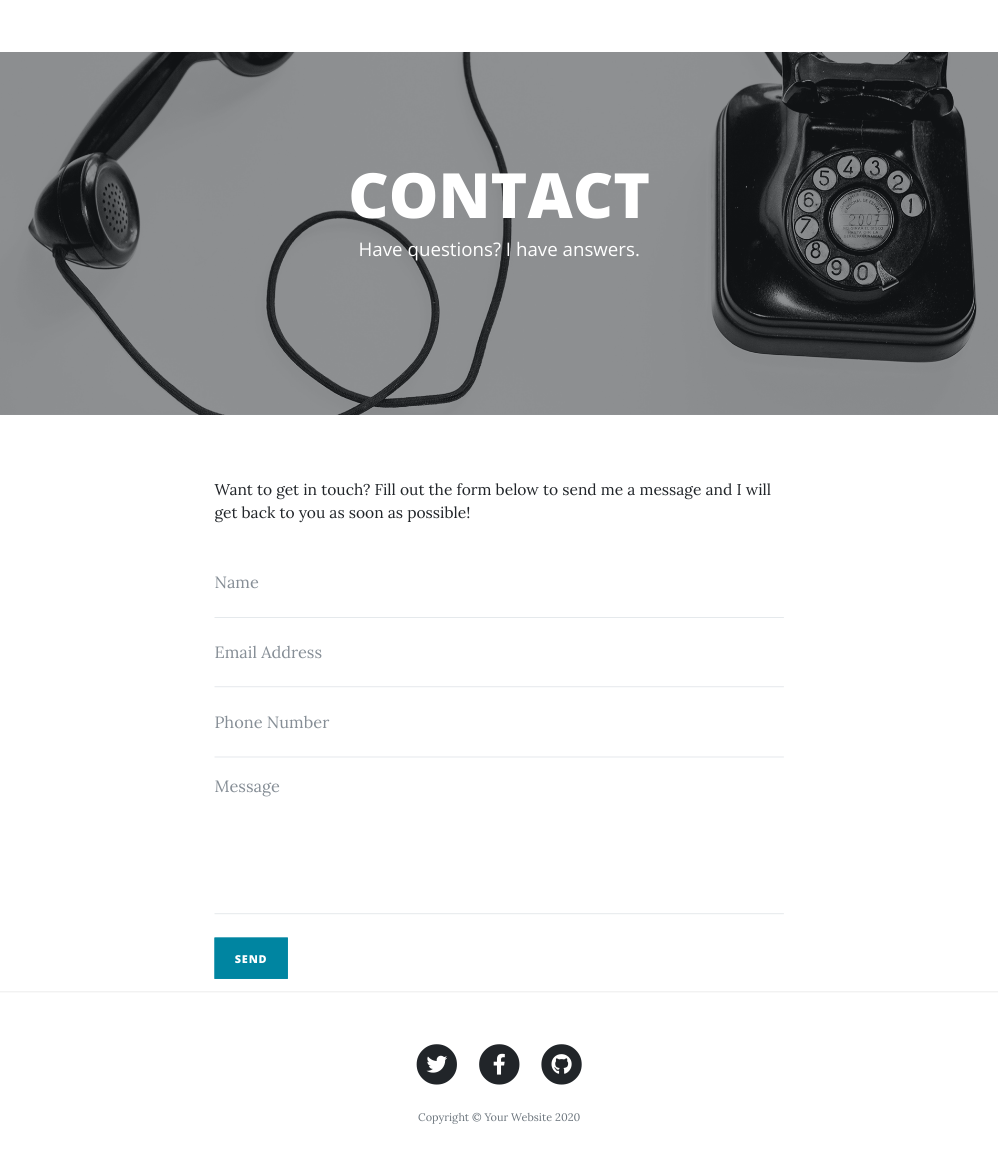
Repository: elvinyeka/elvin-blog
Page: http://localhost/contact
The author's editor kept a copy of each file at every save. The page is drawn from the files as they stood at one save, then again after the next save.
The browser window is 1280 px wide. The pictures show the whole page, at 78% of full size.
The page is served by the project's application, run on Flask 3 (CLEANBLOG/__init__.py). Other server files are loaded and not shown.

Above is the page before, as saved 2020-10-20 23:45:21.

### CLEANBLOG/templates/contact.html
{% extends 'base.html' %} {% block content%}

<!-- Page Header -->
<header class="masthead" style="background-image: url('{{url_for('static', filename = 'img/contact-bg.jpg')}}')">
    <div class="overlay"></div>
    <div class="container">
        <div class="row">
            <div class="col-lg-8 col-md-10 mx-auto">
                <div class="page-heading">
                    <h1>{{title}}</h1>
                    <span class="subheading">Have questions? I have answers.</span>
                </div>
            </div>
        </div>
    </div>
</header>

<!-- Main Content -->
<div class="container">
    <div class="row">
        <div class="col-lg-8 col-md-10 mx-auto">
            <p>Want to get in touch? Fill out the form below to send me a message and I will get back to you as soon as possible!</p>
            <!-- Contact Form - Enter your email address on line 19 of the mail/contact_me.php file to make this form work. -->
            <!-- WARNING: Some web hosts do not allow emails to be sent through forms to common mail hosts like Gmail or Yahoo. It's recommended that you use a private domain email address! -->
            <!-- To use the contact form, your site must be on a live web host with PHP! The form will not work locally! -->
            <form name="sentMessage" id="contactForm" novalidate>
                <div class="control-group">
                    <div class="form-group floating-label-form-group controls">
                        <label>Name</label>
                        {{form.name(placeholder = 'Name', class='form-control')}}
                        <p class="help-block text-danger"></p>
                    </div>
                </div>
                <div class="control-group">
                    <div class="form-group floating-label-form-group controls">
                        <label>Email Address</label>
                        <input type="email" class="form-control" placeholder="Email Address" id="email" required data-validation-required-message="Please enter your email address.">
                        <p class="help-block text-danger"></p>
                    </div>
                </div>
                <div class="control-group">
                    <div class="form-group col-xs-12 floating-label-form-group controls">
                        <label>Phone Number</label>
                        <input type="tel" class="form-control" placeholder="Phone Number" id="phone" required data-validation-required-message="Please enter your phone number.">
                        <p class="help-block text-danger"></p>
                    </div>
                </div>
                <div class="control-group">
                    <div class="form-group floating-label-form-group controls">
                        <label>Message</label>
                        <textarea rows="5" class="form-control" placeholder="Message" id="message" required data-validation-required-message="Please enter a message."></textarea>
                        <p class="help-block text-danger"></p>
                    </div>
                </div>
                <br>
                <div id="success"></div>
                <button type="submit" class="btn btn-primary" id="sendMessageButton">Send</button>
            </form>
        </div>
    </div>
</div>

<hr> {% endblock%}

### CLEANBLOG/templates/base.html
<!DOCTYPE html>
<html lang="en">

<head>

    <meta charset="utf-8">
    <meta name="viewport" content="width=device-width, initial-scale=1, shrink-to-fit=no">
    <meta name="description" content="">
    <meta name="author" content=""> {% if title %}
    <title>Clean Blog - {{title}}</title>
    {% else %}
    <title>Clean Blog</title>
    {% endif %}

    <!-- Bootstrap core CSS -->
    <link href="/static/bootstrap.min.css" rel="stylesheet">

    <!-- Custom fonts for this template -->
    <link href="/static/css/all.min.css" rel="stylesheet" type="text/css">
    <link href='https://fonts.googleapis.com/css?family=Lora:400,700,400italic,700italic' rel='stylesheet' type='text/css'>
    <link href='https://fonts.googleapis.com/css?family=Open+Sans:300italic,400italic,600italic,700italic,800italic,400,300,600,700,800' rel='stylesheet' type='text/css'>

    <!-- Custom styles for this template -->
    <link href="{{url_for('static', filename='clean-blog.min.css')}}" rel="stylesheet">

</head>

<body>

    <!-- Navigation -->
    <nav class="navbar navbar-expand-lg navbar-light fixed-top" id="mainNav">
        <div class="container">
            <a class="navbar-brand" href="{{url_for('index')}}">Start Flask</a>
            <button class="navbar-toggler navbar-toggler-right" type="button" data-toggle="collapse" data-target="#navbarResponsive" aria-controls="navbarResponsive" aria-expanded="false" aria-label="Toggle navigation">
        Menu
        <i class="fas fa-bars"></i>
      </button>
            <div class="collapse navbar-collapse" id="navbarResponsive">
                <ul class="navbar-nav ml-auto">
                    <li class="nav-item">
                        <a class="nav-link" href="{{url_for('index')}}">Home</a>
                    </li>
                    <li class="nav-item">
                        <a class="nav-link" href="{{url_for('about')}}">About</a>
                    </li>

                    {% if current_user.is_authenticated %}
                        <li class="nav-item">
                            <a class="nav-link" href="{{url_for('new_post')}}">Add Post</a>
                        </li>
                        <li class="nav-item">
                            <a class="nav-link" href="{{url_for('logout')}}">LOGOUT</a>
                        </li>

                    {% else %}
                        <li class="nav-item">
                            <a class="nav-link" href="{{url_for('login')}}">LOGIN</a>
                        </li>

                        <li class="nav-item">
                            <a class="nav-link" href="{{url_for('register')}}">REGISTER</a>
                        </li>
                    {% endif %}

                    <li class="nav-item">
                        <a class="nav-link" href="{{url_for('contact')}}">Contact</a>
                    </li>

                </ul>
            </div>
        </div>
    </nav>

    {% block content%} {% endblock%}


    <!-- Footer -->
    <footer>
        <div class="container">
            <div class="row">
                <div class="col-lg-8 col-md-10 mx-auto">
                    <ul class="list-inline text-center">
                        <li class="list-inline-item">
                            <a href="#">
                                <span class="fa-stack fa-lg">
                                    <i class="fas fa-circle fa-stack-2x"></i>
                                    <i class="fab fa-twitter fa-stack-1x fa-inverse"></i>
                                </span>
                            </a>
                        </li>
                        <li class="list-inline-item">
                            <a href="#">
                                <span class="fa-stack fa-lg">
                                    <i class="fas fa-circle fa-stack-2x"></i>
                                    <i class="fab fa-facebook-f fa-stack-1x fa-inverse"></i>
                                </span>
                            </a>
                        </li>
                        <li class="list-inline-item">
                            <a href="#">
                                <span class="fa-stack fa-lg">
                                    <i class="fas fa-circle fa-stack-2x"></i>
                                    <i class="fab fa-github fa-stack-1x fa-inverse"></i>
                                </span>
                            </a>
                        </li>
                    </ul>
                    <p class="copyright text-muted">Copyright &copy; Your Website 2020</p>
                </div>
            </div>
        </div>
    </footer>

    <!-- Bootstrap core JavaScript -->
    <script src="{{url_for('static', filename='jquery.min.js')}}"></script>
    <script src="{{url_for('static', filename='bootstrap.bundle.min.js')}}"></script>

    <!-- Custom scripts for this template -->
    <script src="{{url_for('static', filename='clean-blog.min.js')}}"></script>

</body>

</html>

### CLEANBLOG/forms.py
from flask_wtf import FlaskForm
from wtforms import StringField, PasswordField, SubmitField, TextAreaField
from wtforms.validators import DataRequired, Length, Email

class RegisterForm(FlaskForm):
    name = StringField('Name', validators=[DataRequired(), Length(min=2, max = 20)])
    email = StringField('Email', validators=[DataRequired(), Email()])
    password = PasswordField('Password', validators=[DataRequired()])
    submit = SubmitField('Sign')

class LoginForm(FlaskForm):
    email = StringField('Email', validators=[DataRequired(), Email()])
    password = PasswordField('Password', validators=[DataRequired()])
    submit = SubmitField('Login')


class PostForm(FlaskForm):
    title = StringField('Title', validators=[DataRequired()])
    subtitle = StringField('Subtitle', validators=[DataRequired()])
    post_text = TextAreaField('Post Text', validators=[DataRequired()])
    submit = SubmitField('Add Post')

class ContactForm(FlaskForm):
    name = StringField('Name', validators=[DataRequired()])
    email = StringField('Email Addres', validators=[DataRequired(), Email()])
    phone = StringField('Phone Number', validators=[DataRequired()])
    message = TextAreaField('Message', validators=[DataRequired()])
    submit = SubmitField('Send Message')

### CLEANBLOG/routes.py
from flask import render_template, flash, redirect, url_for, abort, request
from CLEANBLOG import app, db
from CLEANBLOG.forms import RegisterForm, LoginForm, PostForm, ContactForm
from CLEANBLOG.models import  User, Post
from flask_login import login_user, current_user, logout_user, login_required


@app.route('/')
@app.route('/home')
def index():
    page = request.args.get('page', 1, type=int)
    posts = Post.query.order_by(Post.id.desc()).paginate(page, per_page=3)
    next_url = url_for('index', page = posts.next_num) if posts.has_next else None
    prev_url = url_for('index', page = posts.prev_num) if posts.has_prev else None
    return render_template('index.html', title = 'HOME', posts=posts, next_url = next_url, prev_url = prev_url)

@app.route('/about')
def about():
    return render_template('about.html',title = 'ABOUT')


@app.route('/register', methods=['GET','POST'])
def register():
    if current_user.is_authenticated:
        return redirect(url_for('index'))
    form = RegisterForm()
    if form.validate_on_submit():
        user = User(name=form.name.data, email=form.email.data, password=form.password.data)
        db.session.add(user)
        db.session.commit()
        flash(f'{form.name.data} registered', 'success')
        return redirect(url_for('login'))
    return render_template('register.html', title = 'REGISTER', form=form)

@app.route('/login',methods=['GET', 'POST'])
def login():
    if current_user.is_authenticated:
        return redirect(url_for('index'))
    form = LoginForm()
    if form.validate_on_submit():
        user=User.query.filter_by(email=form.email.data).first()
        if user and user.password== form.password.data:
            login_user(user)
            return redirect(url_for('index'))
        else:
            flash(f'Login Unseccsful', 'danger')
    return render_template('login.html', title = 'LOGIN', form=form)


@app.route('/logout')
def logout():
    logout_user()
    return redirect(url_for('index'))


@app.route('/post.new', methods=['GET', 'POST'])
@login_required
def new_post():
    form = PostForm()
    if form.validate_on_submit():
        post= Post(title=form.title.data, subtitle= form.subtitle.data, post_text= form.post_text.data, user= current_user)
        db.session.add(post)
        db.session.commit()
        flash(f'Post is created', 'succes')
        return redirect(url_for('index'))
    return render_template('create_post.html', title = 'Create Post', form=form)

@app.route('/post/<int:post_id>')
def post(post_id):
    post = Post.query.get_or_404(post_id)
    return render_template('post.html', title = 'post.title', post=post)

@app.route('/post/<int:post_id>/edit', methods=['GET','POST'])
@login_required
def edit_post(post_id):
    post = Post.query.get_or_404(post_id)
    if post.user != current_user:
        abort(403)
    form = PostForm()
    if form.validate_on_submit():
        post.title = form.title.data
        post.subtitle = form.subtitle.data
        post.post_text = form.post_text.data
        db.session.commit()
        flash(f'Post is edited', 'success')
        return redirect(url_for('post', post_id = post_id))
    elif request.method == 'GET':
        form.title.data = post.title
        form.subtitle.data = post.subtitle
        form.post_text.data = post.post_text
        return render_template('create_post.html', title = 'Edit Post', form = form)


@app.route('/post/<int:post_id>/delete', methods=['POST'])
@login_required
def delete_post(post_id):
    post = Post.query.get_or_404(post_id)
    if post.user != current_user:
        abort(403)
    db.session.delete(post)
    db.session.commit()
    flash(f'Post is deleted', 'success')
    return redirect(url_for('index'))


@app.route('/contact', methods = ['GET', 'POST'])
def contact():
    form = ContactForm()
    if request.method == 'POST':
        if form.validate_on_submit():
            flash(f'We recieved your message succesfully', 'success')
            return render_template('contact')
        else:
            flash(f'OPS There is a problem', 'danger')
    elif request.method == 'GET':
        return render_template('contact.html', title = 'CONTACT', form = form)

### CLEANBLOG/__init__.py
from flask import Flask
from flask_sqlalchemy import SQLAlchemy
from flask_login import  LoginManager

app = Flask(__name__)
app.config['SECRET_KEY'] = 'mysecretkey'
app.config['SQLALCHEMY_DATABASE_URI'] = 'sqlite:///blog.db'
db = SQLAlchemy(app)
login_manager = LoginManager(app)



from CLEANBLOG import  routes

Loaded but not shown: CLEANBLOG/static/bootstrap.min.css (library); CLEANBLOG/static/css/all.min.css (library); CLEANBLOG/static/clean-blog.min.css (library); CLEANBLOG/static/jquery.min.js (library); CLEANBLOG/static/bootstrap.bundle.min.js (library); CLEANBLOG/static/clean-blog.min.js (common file)

After the next save:
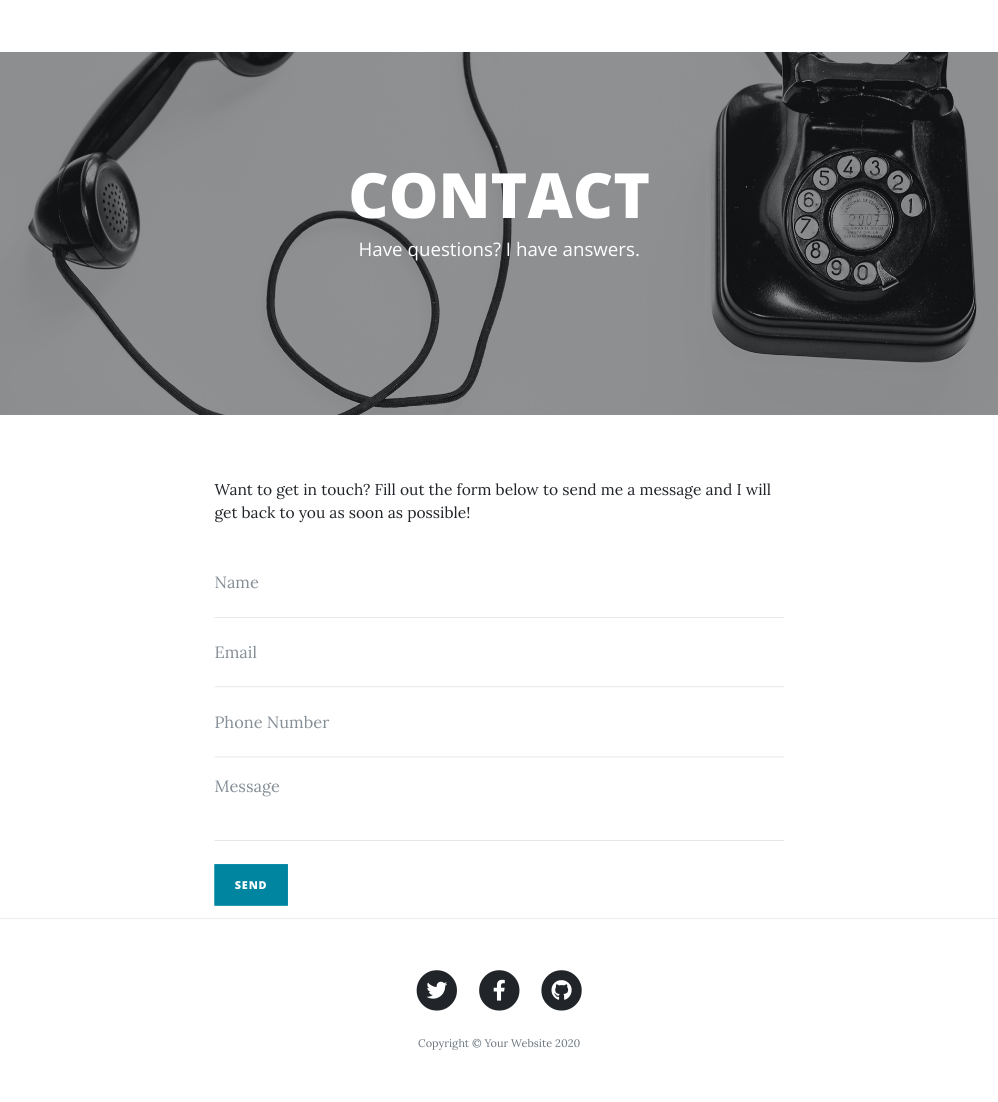
Saved 2 min 12 s later.
--- a/CLEANBLOG/templates/contact.html
+++ b/CLEANBLOG/templates/contact.html
@@ -34,22 +34,19 @@
                 <div class="control-group">
                     <div class="form-group floating-label-form-group controls">
                         <label>Email Address</label>
-                        <input type="email" class="form-control" placeholder="Email Address" id="email" required data-validation-required-message="Please enter your email address.">
-                        <p class="help-block text-danger"></p>
+                        {{form.email(placeholder = 'Email', class='form-control')}}                        <p class="help-block text-danger"></p>
                     </div>
                 </div>
                 <div class="control-group">
                     <div class="form-group col-xs-12 floating-label-form-group controls">
                         <label>Phone Number</label>
-                        <input type="tel" class="form-control" placeholder="Phone Number" id="phone" required data-validation-required-message="Please enter your phone number.">
-                        <p class="help-block text-danger"></p>
+                        {{form.phone(placeholder = 'Phone Number', class='form-control')}}                        <p class="help-block text-danger"></p>
                     </div>
                 </div>
                 <div class="control-group">
                     <div class="form-group floating-label-form-group controls">
                         <label>Message</label>
-                        <textarea rows="5" class="form-control" placeholder="Message" id="message" required data-validation-required-message="Please enter a message."></textarea>
-                        <p class="help-block text-danger"></p>
+                        {{form.message(placeholder = 'Message', class='form-control')}}                        <p class="help-block text-danger"></p>
                     </div>
                 </div>
                 <br>
